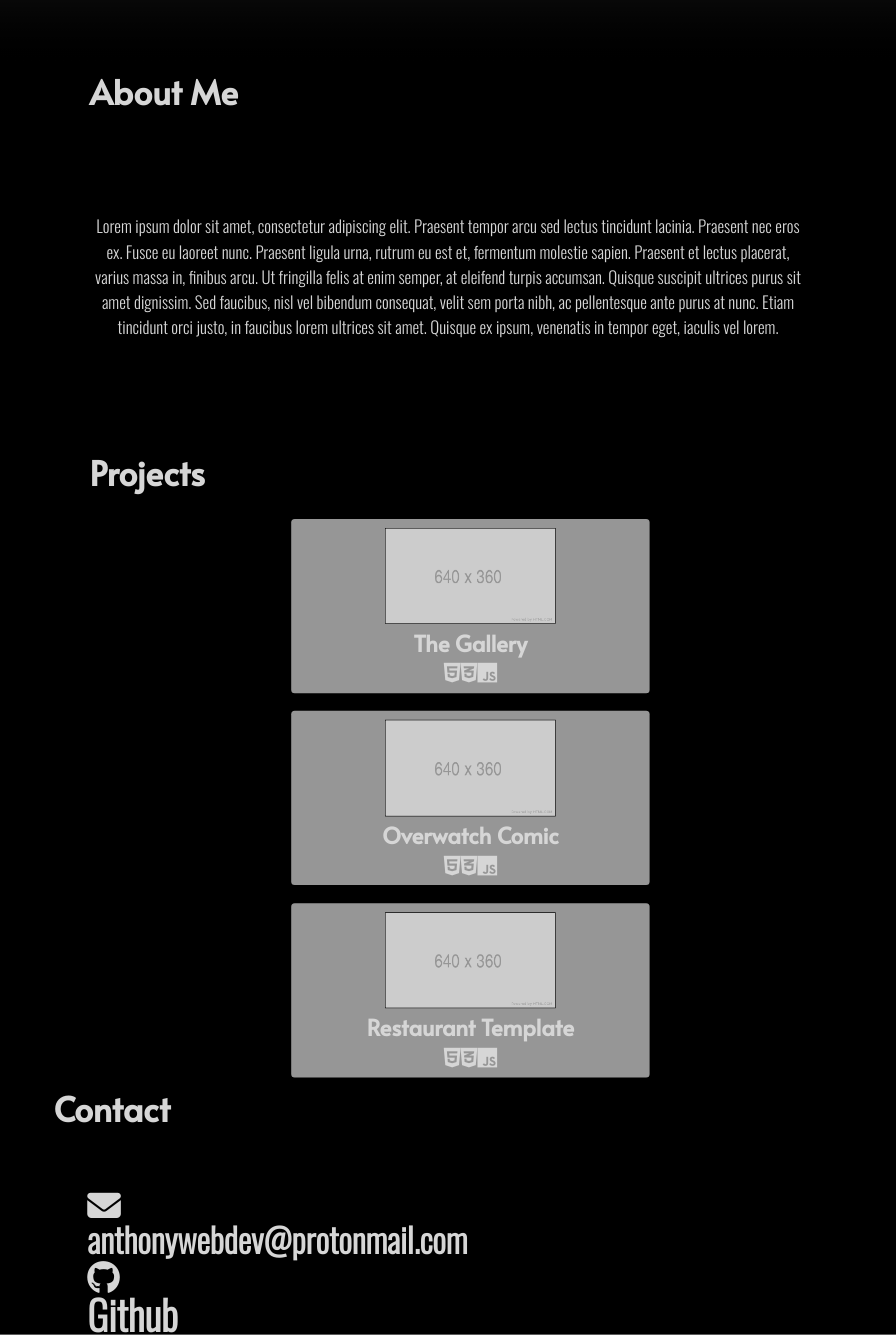
Repository: sloppytony/newport
Page: / (app in portfolio/)
The author's editor kept a copy of each file at every save. The page is drawn from the files as they stood at one save, then again after the next save.
The browser window is 1280 px wide. The pictures show the part of the page from y = 686 to 2606 px (the page is 2606 px tall), at 70% of full size.
Some web libraries are served in a nearby version. The project was rebuilt for these pictures with package versions that can differ from the ones it lists, and the page was loaded fresh each time. Also part of the build but not shown: portfolio/src/index.css.

Above is the page before, as saved 2020-08-23 19:47:35.

After the next save:
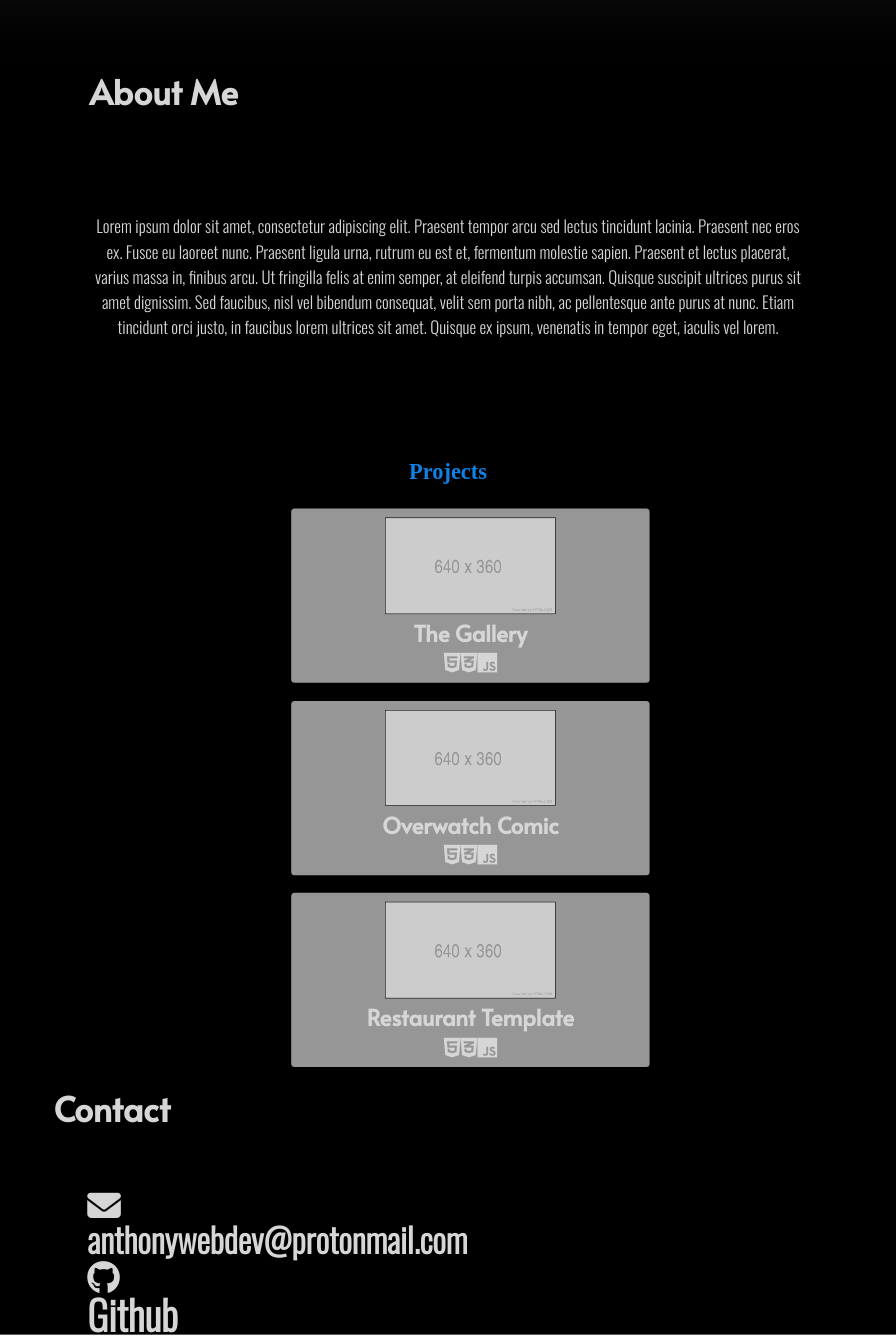
Saved 85 s later.
--- a/portfolio/src/App.js
+++ b/portfolio/src/App.js
@@ -30,7 +30,7 @@ function App() {
         </p>
       </div>
       <div className="section3">
-        <h1 className="title">Projects</h1>
+        <h1 className="projectTitle">Projects</h1>
         <div className="projectContent">
           <div className="card1">
             <img

After the 2 saves that followed:
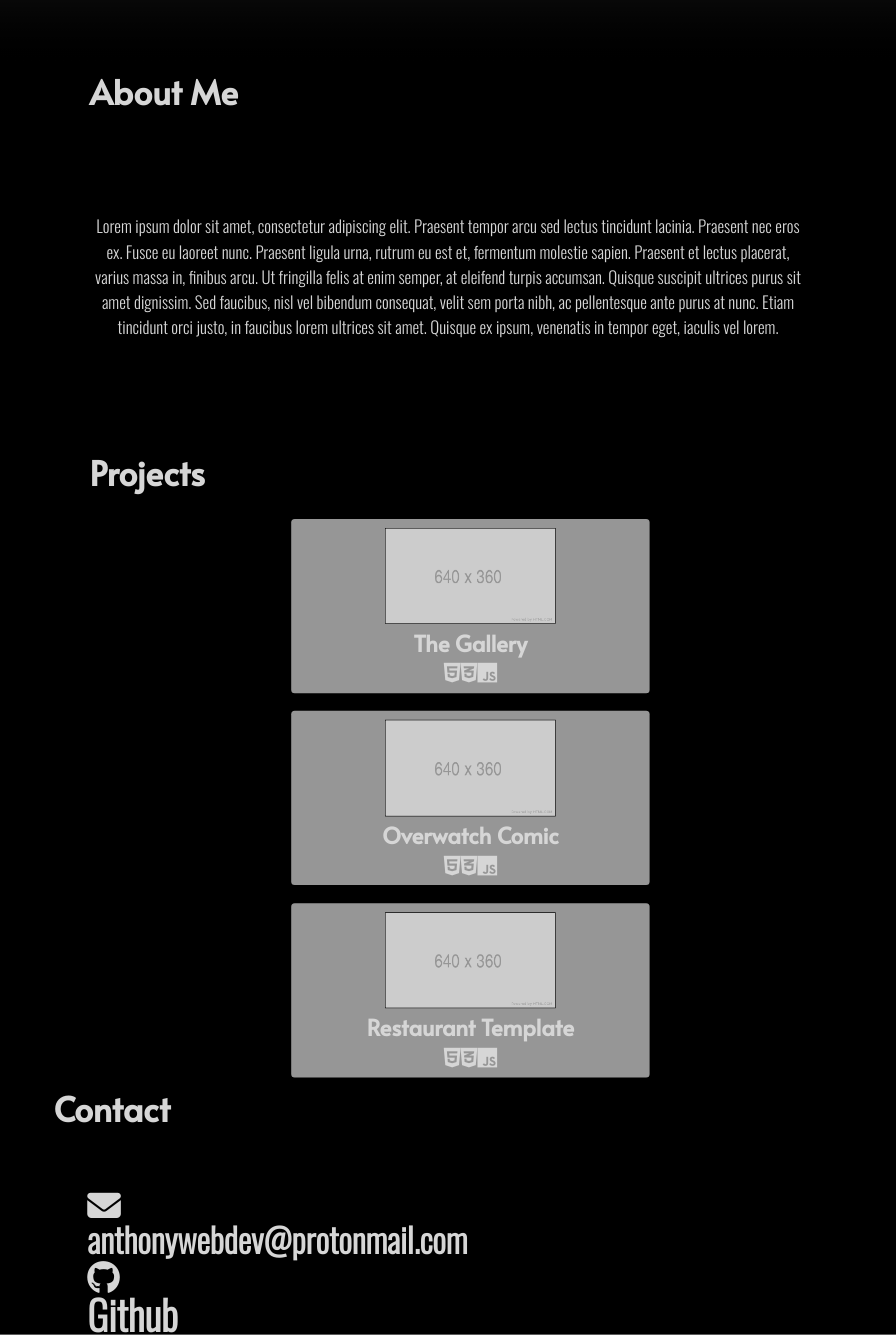
The 2 saves are shown as one change because 1 left the picture as it was.
The last was saved 19 s later.
--- a/portfolio/src/App.css
+++ b/portfolio/src/App.css
@@ -101,6 +101,15 @@ div.section1-container {
   color: rgb(214, 214, 214);
 }
 
+.projectTitle {
+  height: 20vh;
+  width: 80%;
+
+  font-family: "Alata", sans-serif;
+  font-size: 300%;
+  color: rgb(214, 214, 214);
+}
+
 p.aboutPara {
   width: 80%;
   height: 20vh;
